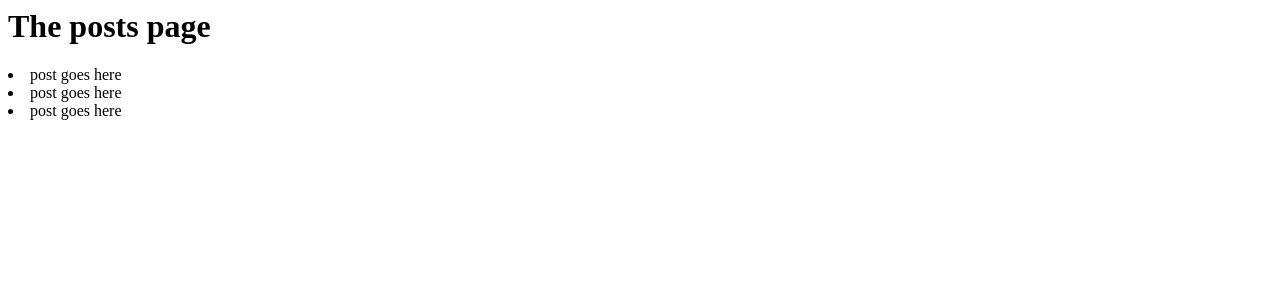
Repository: aneescode4u/testp
Page: http://localhost/posts
The author's editor kept a record of every edit. The page is drawn from the files as they stood at one moment, then again after the next edit.
The browser window is 1280 px wide. The pictures show the whole page.
The page is served by the project's Node server (MoreExpress/EJSDemo/app.js).

Above is the page before.

After the next edit:
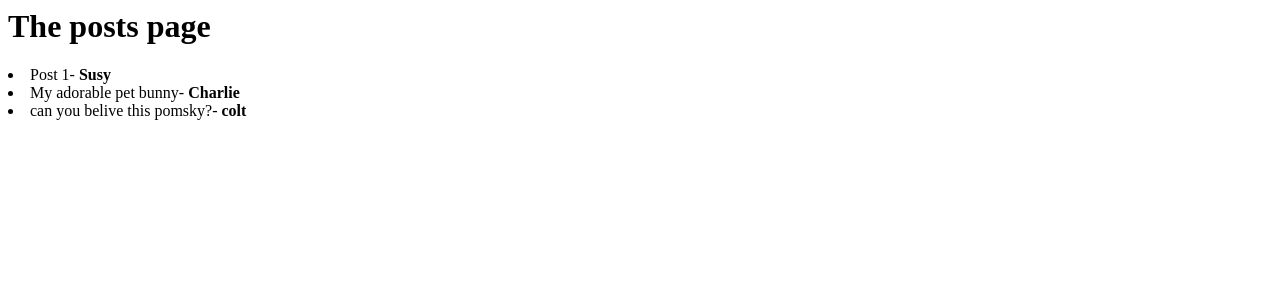
The edit:
--- a/workspace/MoreExpress/EJSDemo/views/posts.ejs
+++ b/workspace/MoreExpress/EJSDemo/views/posts.ejs
@@ -2,6 +2,6 @@
 
 <% for(var i=0;i<posts.length;i++){%>
 <li>
-    post goes here
+<%= posts[i].title%>-<strong> <%= posts[i].author %></strong>
    </li>
    <% } %>
